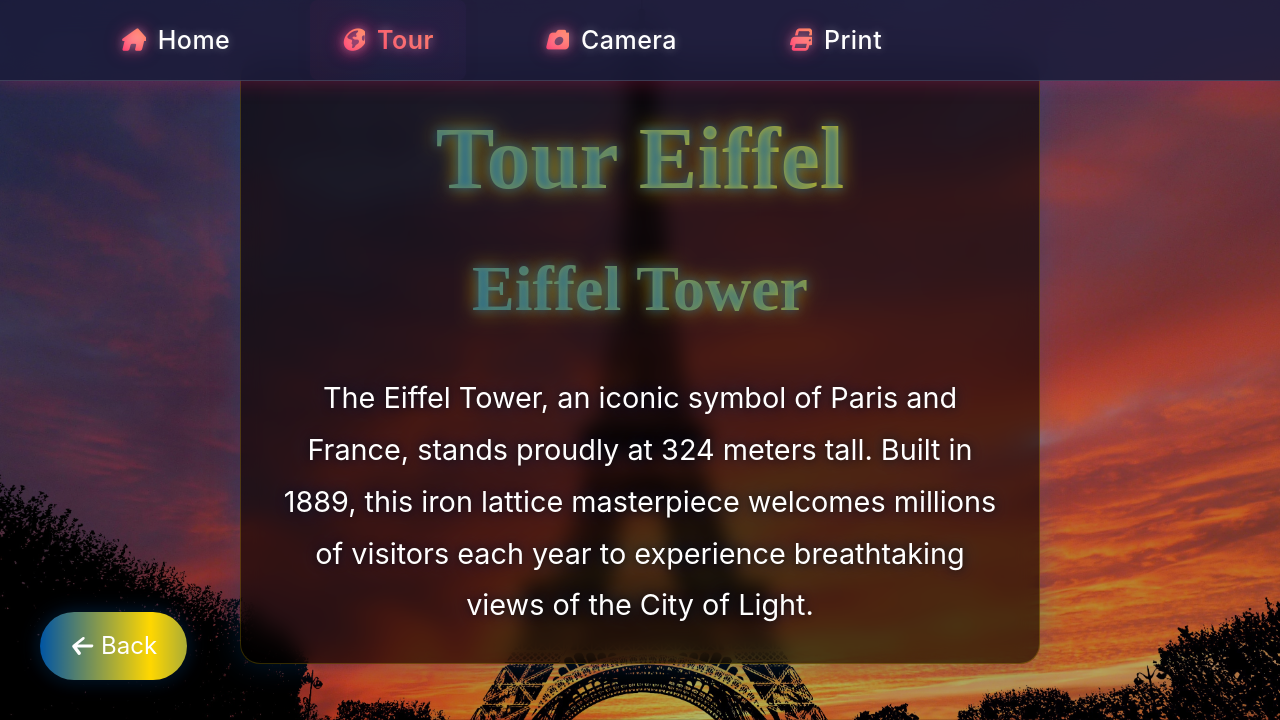
Repository: huang-heavenly-Emperor/NewYork
Page: eiffel.html
These files come from the project's save history. The page is drawn as it stood at one moment and after the next save; the edit follows.
The browser window is 1280 px wide. The pictures show the whole page.

Above is the page before, as saved 2025-02-19 15:00:21.

### eiffel.html
<!DOCTYPE html>
<html lang="en">

<head>
  <meta charset="UTF-8">
  <meta name="viewport" content="width=device-width, initial-scale=1.0">
  <title>Eiffel Tower - France</title>
  <link rel="stylesheet" href="css/style.css">
  <link rel="stylesheet" href="css/eiffel.css">
  <link rel="stylesheet" href="css/animations.css">
  <link rel="stylesheet" href="lib/font-awesome.css">
</head>

<body>
  <!-- 开场动画 -->
  <div class="page-entrance">
    <div class="entrance-content">
      <h1 class="entrance-title">
        <span class="french">Tour Eiffel</span>
        <span class="english">Eiffel Tower</span>
      </h1>
      <div class="entrance-line"></div>
      <p class="entrance-subtitle">Symbol of Paris</p>
    </div>
  </div>

  <!-- 页面主要内容 -->
  <div class="content-delay">
    <!-- Main navigation -->
    <nav class="main-nav">
      <ul class="nav-links">
        <li>
          <a href="index.html">
            <i class="fas fa-home"></i>
            Home
          </a>
        </li>
        <li class="dropdown">
          <a href="tour.html" class="active">
            <i class="fas fa-globe-americas"></i>
            Tour
          </a>
          <ul class="dropdown-menu">
            <li class="nested-dropdown">
              <a href="france.html" class="active">
                Europe
              </a>
              <ul class="nested-dropdown-menu">
                <li>
                  <a href="eiffel.html" class="active">
                    <span>Eiffel Tower</span>
                  </a>
                </li>
                <li>
                  <a href="louvre.html">
                    <span>Louvre Museum</span>
                  </a>
                </li>
              </ul>
            </li>
          </ul>
        </li>
        <li>
          <a href="camera.html">
            <i class="fas fa-camera"></i>
            Camera
          </a>
        </li>
        <li>
          <a href="print.html">
            <i class="fas fa-print"></i>
            Print
          </a>
        </li>
      </ul>
    </nav>

    <div class="banner">
      <img src="images/eiffel2.jpg" alt="Eiffel Tower">
      <div class="banner-text">
        <h1>
          <span class="french">Tour Eiffel</span>
          <span class="english">Eiffel Tower</span>
        </h1>
        <p>
          The Eiffel Tower, an iconic symbol of Paris and France, stands proudly at 324 meters tall. Built in 1889, this iron lattice masterpiece welcomes millions of visitors each year to experience breathtaking views of the City of Light.
        </p>
      </div>
    </div>

    <a href="france.html" class="back-button">
      <i class="fas fa-arrow-left"></i>
      <span>Back</span>
    </a>
  </div>

  <script>
    document.addEventListener('DOMContentLoaded', function() {
      // 页面入场动画
      const pageEntrance = document.querySelector('.page-entrance');
      const contentDelay = document.querySelector('.content-delay');

      setTimeout(() => {
        pageEntrance.style.opacity = '0';
        pageEntrance.style.visibility = 'hidden';
        contentDelay.style.opacity = '1';
      }, 2000);
    });
  </script>
</body>

</html>

### css/eiffel.css
/* Base styles */
* {
    margin: 0;
    padding: 0;
    box-sizing: border-box;
}

body {
    font-family: 'Inter', sans-serif;
    line-height: 1.6;
    color: #ffffff;
    background: #000000;
    height: 100vh;
    overflow: hidden;
}

/* Banner section */
.banner {
    position: relative;
    width: 100vw;
    height: 100vh;
    overflow: hidden;
    display: flex;
    flex-direction: column;
    align-items: center;
    justify-content: center;
}

.banner img {
    position: absolute;
    top: 0;
    left: 0;
    width: 100%;
    height: 100%;
    object-fit: cover;
    filter: brightness(0.7) saturate(1.2);
    animation: zoomIn 1.5s ease-out forwards;
    z-index: 1;
}

.banner h1 {
    position: relative;
    font-family: 'Playfair Display', serif;
    font-size: 5rem;
    background: linear-gradient(45deg, #0055A4, #FFD700);
    -webkit-background-clip: text;
    -webkit-text-fill-color: transparent;
    text-shadow:
        0 0 10px rgba(0, 85, 164, 0.7),
        0 0 20px rgba(255, 215, 0, 0.7);
    opacity: 0;
    animation: titleReveal 1.2s ease-out 0.8s forwards;
    z-index: 2;
    margin-bottom: 2rem;
    text-align: center;
}

.banner h1 .french {
    display: block;
    font-size: 5.5rem;
    margin-bottom: 0.5rem;
}

.banner h1 .english {
    display: block;
    font-size: 4rem;
}

/* Article content */
.content {
    position: relative;
    max-width: 800px;
    width: 90%;
    padding: 2rem;
    z-index: 2;
    opacity: 0;
    animation: contentFadeIn 1s ease-out 1.5s forwards;
}

.banner-text {
    position: relative;
    max-width: 800px;
    width: 90%;
    padding: 2rem;
    z-index: 2;
    opacity: 0;
    animation: contentFadeIn 1s ease-out 1.5s forwards;
    background: rgba(0, 0, 0, 0.6);
    backdrop-filter: blur(10px);
    border-radius: 20px;
    border: 1px solid rgba(255, 215, 0, 0.2);
    box-shadow: 0 0 30px rgba(0, 85, 164, 0.3);
}

.banner-text p {
    font-size: 1.8rem;
    line-height: 1.8;
    color: #ffffff;
    text-align: center;
    text-shadow:
        0 0 10px rgba(0, 0, 0, 0.8),
        0 0 20px rgba(0, 85, 164, 0.5);
}

/* Page entrance animation */
.page-entrance {
    position: fixed;
    top: 0;
    left: 0;
    width: 100%;
    height: 100%;
    background: #000;
    display: flex;
    justify-content: center;
    align-items: center;
    z-index: 1000;
    transition: opacity 0.5s ease, visibility 0.5s ease;
}

.entrance-content {
    text-align: center;
    opacity: 0;
    animation: entranceFadeIn 1s ease forwards 0.5s;
}

.entrance-title {
    margin-bottom: 2rem;
}

.entrance-title .french {
    display: block;
    font-size: 5rem;
    color: #FFD700;
    margin-bottom: 1rem;
    text-shadow: 0 0 20px rgba(255, 215, 0, 0.4);
    opacity: 0;
    animation: titleGlow 2s ease forwards;
}

.entrance-title .english {
    display: block;
    font-size: 3rem;
    color: #0055A4;
    text-transform: uppercase;
    letter-spacing: 0.2em;
    opacity: 0;
    animation: titleReveal 1.5s ease forwards 0.5s;
}

.entrance-line {
    width: 0;
    height: 2px;
    background: linear-gradient(to right, transparent, #FFD700, transparent);
    margin: 2rem auto;
    animation: lineExpand 1s ease-out forwards 1s;
}

.entrance-subtitle {
    font-size: 1.5rem;
    color: #ffffff;
    opacity: 0;
    animation: subtitleFade 1s ease forwards 1.5s;
}

/* Back button */
.back-button {
    position: fixed;
    bottom: 40px;
    left: 40px;
    padding: 15px 30px;
    font-size: 24px;
    color: #ffffff;
    background: linear-gradient(
        270deg,
        #0055A4,
        #FFD700,
        #0055A4,
        #FFD700,
        #0055A4
    );
    background-size: 300% 100%;
    border: none;
    border-radius: 50px;
    cursor: pointer;
    display: flex;
    align-items: center;
    gap: 10px;
    text-decoration: none;
    transition: all 0.3s ease;
    z-index: 1000;
    box-shadow: 0 4px 15px rgba(0, 0, 0, 0.3),
                0 0 20px rgba(0, 85, 164, 0.4);
    animation: gradientMove 4s linear infinite;
}

.back-button:hover {
    transform: translateY(-3px);
    box-shadow: 0 6px 20px rgba(0, 0, 0, 0.4),
                0 0 30px rgba(0, 85, 164, 0.6),
                0 0 50px rgba(255, 215, 0, 0.4);
    animation: gradientMove 2s linear infinite;
}

.back-button i {
    font-size: 24px;
}

/* Animations */
@keyframes zoomIn {
    0% {
        transform: scale(1.2);
        filter: brightness(0);
    }
    100% {
        transform: scale(1);
        filter: brightness(0.7) saturate(1.2);
    }
}

@keyframes titleReveal {
    0% {
        opacity: 0;
        transform: translateY(-20px);
    }
    100% {
        opacity: 1;
        transform: translateY(0);
    }
}

@keyframes contentFadeIn {
    0% {
        opacity: 0;
        transform: translateY(30px);
    }
    100% {
        opacity: 1;
        transform: translateY(0);
    }
}

@keyframes gradientMove {
    0% {
        background-position: 0% 50%;
    }
    100% {
        background-position: 300% 50%;
    }
}

@keyframes entranceFadeIn {
    0% {
        opacity: 0;
        transform: translateY(30px);
    }
    100% {
        opacity: 1;
        transform: translateY(0);
    }
}

@keyframes titleGlow {
    0% {
        opacity: 0;
        text-shadow: 0 0 0 rgba(255, 215, 0, 0);
    }
    50% {
        opacity: 0.5;
        text-shadow: 0 0 30px rgba(255, 215, 0, 0.6);
    }
    100% {
        opacity: 1;
        text-shadow: 0 0 20px rgba(255, 215, 0, 0.4);
    }
}

@keyframes lineExpand {
    0% {
        width: 0;
    }
    100% {
        width: 200px;
    }
}

@keyframes subtitleFade {
    0% {
        opacity: 0;
        transform: translateY(20px);
    }
    100% {
        opacity: 1;
        transform: translateY(0);
    }
}

/* Responsive design */
@media (max-width: 768px) {
    .banner h1 {
        font-size: 3.5rem;
    }

    .banner h1 .french {
        font-size: 4rem;
    }

    .banner h1 .english {
        font-size: 3rem;
    }

    .banner-text p {
        font-size: 1.4rem;
    }

    .back-button {
        padding: 12px 25px;
        font-size: 20px;
    }
}

@media (max-width: 480px) {
    .banner h1 {
        font-size: 2.5rem;
    }

    .banner h1 .french {
        font-size: 3rem;
    }

    .banner h1 .english {
        font-size: 2.2rem;
    }

    .banner-text p {
        font-size: 1.2rem;
    }

    .back-button {
        padding: 10px 20px;
        font-size: 18px;
    }
}

### css/animations.css
/* Opening animation */
@keyframes fadeInScale {
  0% {
    opacity: 0;
    transform: scale(0.9);
  }
  50% {
    opacity: 0.5;
    transform: scale(1.02);
  }
  100% {
    opacity: 1;
    transform: scale(1);
  }
}

@keyframes slideInFromBottom {
  0% {
    opacity: 0;
    transform: translate(-50%, 50px);
  }
  60% {
    opacity: 0.8;
    transform: translate(-50%, -5px);
  }
  80% {
    transform: translate(-50%, 2px);
  }
  100% {
    opacity: 1;
    transform: translate(-50%, 0);
  }
}

@keyframes slideInFromTop {
  0% {
    opacity: 0;
    transform: translateY(-30px);
  }
  100% {
    opacity: 1;
    transform: translateY(0);
  }
}

@keyframes fadeInRotate {
  0% {
    opacity: 0;
    transform: rotate(-10deg) scale(0.95);
  }
  100% {
    opacity: 1;
    transform: rotate(0) scale(1);
  }
}

/* Navigation bar animation */
.main-nav {
  animation: slideInFromTop 0.8s cubic-bezier(0.34, 1.56, 0.64, 1);
}

.nav-links li {
  opacity: 0;
  animation: fadeInRotate 0.6s cubic-bezier(0.34, 1.56, 0.64, 1) forwards;
}

.nav-links li:nth-child(1) { animation-delay: 0.2s; }
.nav-links li:nth-child(2) { animation-delay: 0.3s; }
.nav-links li:nth-child(3) { animation-delay: 0.4s; }
.nav-links li:nth-child(4) { animation-delay: 0.5s; }

/* Navigation link hover effect */
.nav-links a {
  transition: all 0.3s cubic-bezier(0.34, 1.56, 0.64, 1);
}

.nav-links a:hover {
  transform: translateY(-2px) scale(1.05);
  text-shadow: 0 2px 4px rgba(0, 0, 0, 0.2);
}

/* Rocket animation */
.rocketManSVG {
  opacity: 0;
  animation: fadeInScale 1s cubic-bezier(0.23, 1, 0.32, 1) 1s forwards;
}

/* Star animation */
.star {
  opacity: 0;
  animation: fadeInRotate 0.8s cubic-bezier(0.34, 1.56, 0.64, 1) forwards;
}

.starContainer .star:nth-child(odd) {
  animation-delay: 0.5s;
}

.starContainer .star:nth-child(even) {
  animation-delay: 0.7s;
}

/* Satellite animation */
.satellite {
  opacity: 0;
  animation: fadeInScale 1s cubic-bezier(0.23, 1, 0.32, 1) 1.2s forwards;
}

/* Title animation */
.demo--dancing-shadows__title {
  animation: fadeInScale 1.8s cubic-bezier(0.23, 1, 0.32, 1);
}

.text-wrapper {
  animation: fadeInScale 2s cubic-bezier(0.23, 1, 0.32, 1) 0.2s backwards;
}

/* CTA button animation */
.cta-wrapper {
  position: fixed;
  bottom: 50px;
  left: 50%;
  transform: translateX(-50%);
  z-index: 1000;
  animation: slideInFromBottom 1.2s cubic-bezier(0.34, 1.56, 0.64, 1) 1.5s backwards;
  opacity: 1;
}

.cta-button {
  transition: all 0.5s cubic-bezier(0.34, 1.56, 0.64, 1);
  will-change: transform;
  position: relative;
  z-index: 1000;
  opacity: 1;
}

.cta-button:hover {
  transform: translateY(-6px) scale(1.03);
  box-shadow: 0 12px 35px rgba(255, 107, 107, 0.4);
  background: linear-gradient(135deg,
    rgba(255, 127, 127, 0.98),
    rgba(255, 127, 167, 0.98)
  );
  letter-spacing: 1px;
}

.cta-button:active {
  transform: translateY(-2px) scale(0.98);
  box-shadow: 0 6px 20px rgba(255, 107, 107, 0.4);
  transition: all 0.2s cubic-bezier(0.34, 1.56, 0.64, 1);
}

/* Text hover effect */
.text-item {
  transition: all 0.4s cubic-bezier(0.34, 1.56, 0.64, 1);
  will-change: transform;
}

.text-item:hover {
  transform: translateY(-4px) scale(1.08);
  text-shadow: 0 0.15rem black,
               0 0.25rem black,
               0 0.35rem black,
               0 0.45rem black,
               0 0.65rem black,
               0 0.75rem rgba(255, 255, 255, 0.8),
               0 0.85rem rgba(255, 255, 255, 0.6);
}

/* Background animation effect */
.demo--dancing-shadows__title:before {
  transition: all 0.8s cubic-bezier(0.23, 1, 0.32, 1);
}

.demo--dancing-shadows__title:hover:before {
  filter: hue-rotate(25deg) brightness(1.15);
}

/* 页面开场动画 */
.page-entrance {
    position: fixed;
    top: 0;
    left: 0;
    width: 100%;
    height: 100%;
    background: #000;
    z-index: 9999;
    display: flex;
    justify-content: center;
    align-items: center;
    animation: fadeOut 0.5s ease forwards 2.5s;
}

.entrance-content {
    text-align: center;
    opacity: 0;
    animation: contentFadeIn 0.8s ease forwards 0.5s;
}

.entrance-title {
    font-size: 4rem;
    color: transparent;
    position: relative;
    margin-bottom: 1rem;
}

.entrance-title .chinese {
    display: block;
    font-family: "STKaiti", "楷体", serif;
    font-size: 5rem;
    background: linear-gradient(120deg, #FFD700, #FFA500);
    -webkit-background-clip: text;
    background-clip: text;
    opacity: 0;
    transform: translateY(20px);
    animation: titleReveal 0.8s ease forwards 0.8s;
}

.entrance-title .english {
    display: block;
    font-family: "Playfair Display", serif;
    font-size: 2.5rem;
    color: #fff;
    opacity: 0;
    transform: translateY(20px);
    animation: titleReveal 0.8s ease forwards 1.2s;
}

.entrance-line {
    width: 0;
    height: 2px;
    background: linear-gradient(90deg,
        transparent,
        #FFD700,
        #FFA500,
        #FFD700,
        transparent
    );
    margin: 20px auto;
    animation: lineGrow 0.6s ease forwards 1.6s;
}

.entrance-subtitle {
    font-size: 1.2rem;
    color: rgba(255, 255, 255, 0.8);
    opacity: 0;
    transform: translateY(20px);
    animation: titleReveal 0.8s ease forwards 1.8s;
}

/* 开场动画关键帧 */
@keyframes fadeOut {
    to {
        opacity: 0;
        visibility: hidden;
    }
}

@keyframes contentFadeIn {
    from {
        opacity: 0;
        transform: translateY(30px);
    }
    to {
        opacity: 1;
        transform: translateY(0);
    }
}

@keyframes titleReveal {
    from {
        opacity: 0;
        transform: translateY(20px);
    }
    to {
        opacity: 1;
        transform: translateY(0);
    }
}

@keyframes lineGrow {
    from {
        width: 0;
    }
    to {
        width: 300px;
    }
}

/* 页面内容延迟显示 */
.content-delay {
    opacity: 0;
    animation: contentAppear 1s ease forwards 3s;
}

@keyframes contentAppear {
    to {
        opacity: 1;
    }
}

### lib/font-awesome.css
@font-face {
    font-family: 'Font Awesome 6 Free';
    font-style: normal;
    font-weight: 900;
    src: url('webfonts/fa-solid-900.woff2') format('woff2');
}

.fas {
    font-family: 'Font Awesome 6 Free';
    font-weight: 900;
}

.fa-home:before {
    content: "\f015";
}

.fa-globe-americas:before {
    content: "\f57d";
}

.fa-torii-gate:before {
    content: "\f6a1";
}

.fa-sun:before {
    content: "\f185";
}

.fa-landmark:before {
    content: "\f66f";
}

.fa-flag-usa:before {
    content: "\f74d";
}

.fa-star:before {
    content: "\f005";
}

.fa-chart-line:before {
    content: "\f201";
}

.fa-city:before {
    content: "\f64f";
}

.fa-tree:before {
    content: "\f1bb";
}

.fa-theater-masks:before {
    content: "\f630";
}

.fa-ellipsis-h:before {
    content: "\f141";
}

.fa-camera:before {
    content: "\f030";
}

.fa-print:before {
    content: "\f02f";
}

.fa-arrow-left:before {
    content: "\f060";
}

Loaded but not shown: css/style.css (502 lines, source omitted)

After the next save:
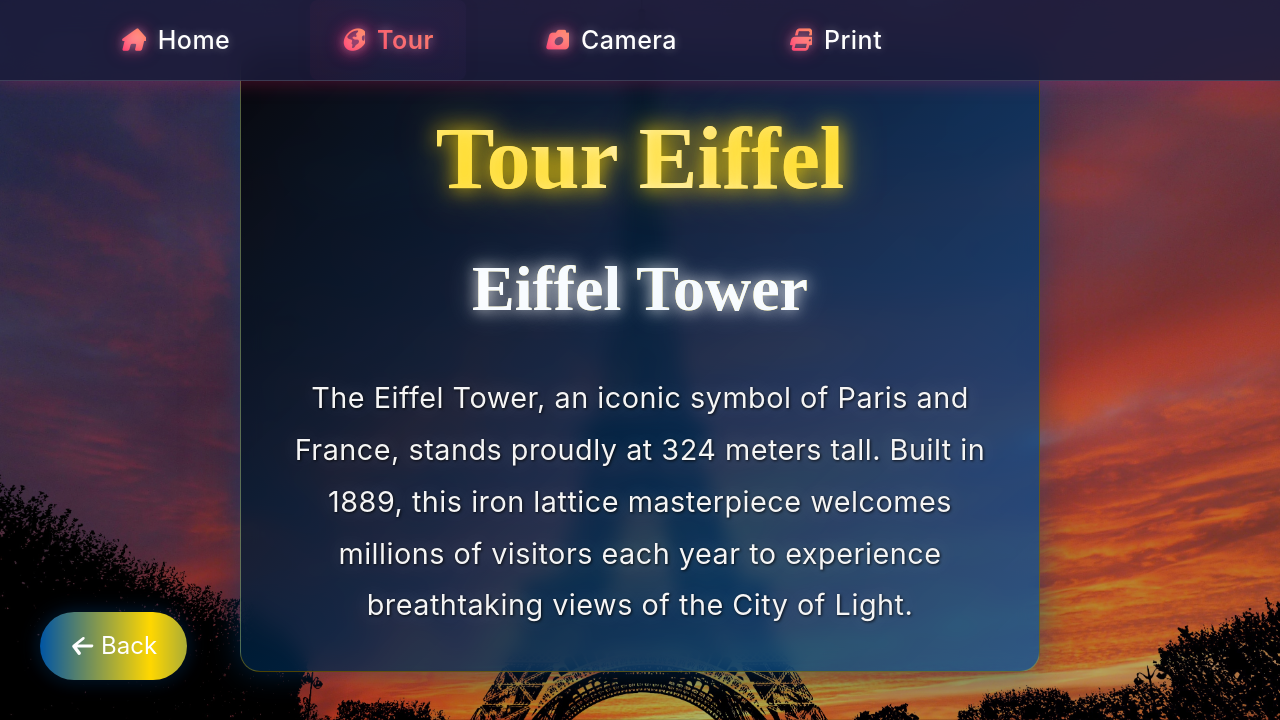
Saved 70 s later.
--- a/css/eiffel.css
+++ b/css/eiffel.css
@@ -42,12 +42,16 @@ body {
     position: relative;
     font-family: 'Playfair Display', serif;
     font-size: 5rem;
-    background: linear-gradient(45deg, #0055A4, #FFD700);
+    background: linear-gradient(45deg,
+        #FFFFFF 0%,
+        #FFD700 50%,
+        #FFFFFF 100%
+    );
     -webkit-background-clip: text;
     -webkit-text-fill-color: transparent;
     text-shadow:
-        0 0 10px rgba(0, 85, 164, 0.7),
-        0 0 20px rgba(255, 215, 0, 0.7);
+        0 0 15px rgba(255, 215, 0, 0.8),
+        0 0 30px rgba(255, 215, 0, 0.4);
     opacity: 0;
     animation: titleReveal 1.2s ease-out 0.8s forwards;
     z-index: 2;
@@ -59,11 +63,31 @@ body {
     display: block;
     font-size: 5.5rem;
     margin-bottom: 0.5rem;
+    background: linear-gradient(45deg,
+        #FFD700 0%,
+        #FFF8DC 50%,
+        #FFD700 100%
+    );
+    -webkit-background-clip: text;
+    -webkit-text-fill-color: transparent;
+    text-shadow:
+        0 0 20px rgba(255, 215, 0, 0.9),
+        0 0 40px rgba(255, 215, 0, 0.5);
 }
 
 .banner h1 .english {
     display: block;
     font-size: 4rem;
+    background: linear-gradient(45deg,
+        #FFFFFF 0%,
+        #F0F8FF 50%,
+        #FFFFFF 100%
+    );
+    -webkit-background-clip: text;
+    -webkit-text-fill-color: transparent;
+    text-shadow:
+        0 0 15px rgba(255, 255, 255, 0.8),
+        0 0 30px rgba(255, 255, 255, 0.4);
 }
 
 /* Article content */
@@ -81,25 +105,32 @@ body {
     position: relative;
     max-width: 800px;
     width: 90%;
-    padding: 2rem;
+    padding: 2.5rem;
     z-index: 2;
     opacity: 0;
     animation: contentFadeIn 1s ease-out 1.5s forwards;
-    background: rgba(0, 0, 0, 0.6);
+    background: linear-gradient(
+        135deg,
+        rgba(0, 0, 0, 0.85) 0%,
+        rgba(0, 85, 164, 0.75) 100%
+    );
     backdrop-filter: blur(10px);
     border-radius: 20px;
-    border: 1px solid rgba(255, 215, 0, 0.2);
-    box-shadow: 0 0 30px rgba(0, 85, 164, 0.3);
+    border: 1px solid rgba(255, 215, 0, 0.3);
+    box-shadow:
+        0 0 30px rgba(0, 85, 164, 0.4),
+        0 0 60px rgba(0, 0, 0, 0.3);
 }
 
 .banner-text p {
     font-size: 1.8rem;
     line-height: 1.8;
-    color: #ffffff;
+    color: #F5F5F5;
     text-align: center;
     text-shadow:
-        0 0 10px rgba(0, 0, 0, 0.8),
-        0 0 20px rgba(0, 85, 164, 0.5);
+        1px 1px 3px rgba(0, 0, 0, 0.8),
+        0 0 20px rgba(255, 255, 255, 0.2);
+    letter-spacing: 0.5px;
 }
 
 /* Page entrance animation */
@@ -130,9 +161,15 @@ body {
 .entrance-title .french {
     display: block;
     font-size: 5rem;
-    color: #FFD700;
+    background: linear-gradient(45deg,
+        #FFD700 0%,
+        #FFF8DC 50%,
+        #FFD700 100%
+    );
+    -webkit-background-clip: text;
+    -webkit-text-fill-color: transparent;
     margin-bottom: 1rem;
-    text-shadow: 0 0 20px rgba(255, 215, 0, 0.4);
+    text-shadow: 0 0 20px rgba(255, 215, 0, 0.6);
     opacity: 0;
     animation: titleGlow 2s ease forwards;
 }
@@ -140,11 +177,18 @@ body {
 .entrance-title .english {
     display: block;
     font-size: 3rem;
-    color: #0055A4;
+    background: linear-gradient(45deg,
+        #FFFFFF 0%,
+        #F0F8FF 50%,
+        #FFFFFF 100%
+    );
+    -webkit-background-clip: text;
+    -webkit-text-fill-color: transparent;
     text-transform: uppercase;
     letter-spacing: 0.2em;
     opacity: 0;
     animation: titleReveal 1.5s ease forwards 0.5s;
+    text-shadow: 0 0 15px rgba(255, 255, 255, 0.6);
 }
 
 .entrance-line {
@@ -157,9 +201,16 @@ body {
 
 .entrance-subtitle {
     font-size: 1.5rem;
-    color: #ffffff;
+    background: linear-gradient(45deg,
+        #FFD700 0%,
+        #FFFFFF 50%,
+        #FFD700 100%
+    );
+    -webkit-background-clip: text;
+    -webkit-text-fill-color: transparent;
     opacity: 0;
     animation: subtitleFade 1s ease forwards 1.5s;
+    text-shadow: 0 0 10px rgba(255, 215, 0, 0.4);
 }
 
 /* Back button */
